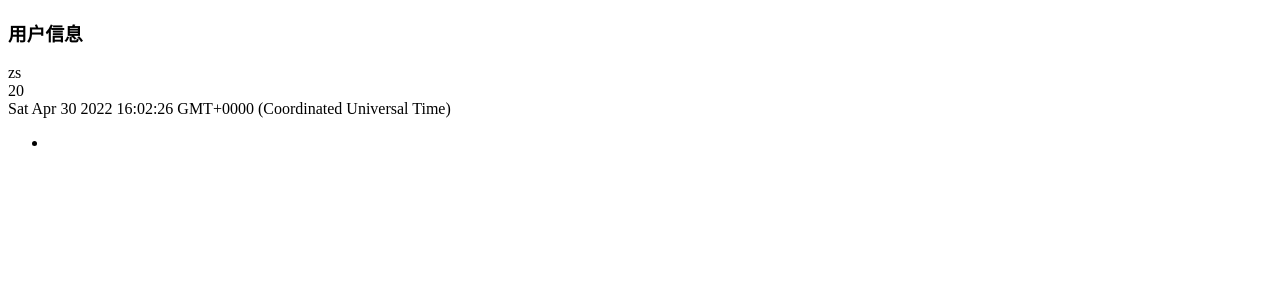
Repository: Bluesouls/eliauk.github.io
Page: Ajax学习笔记/day02/02传统方式渲染UI结构.html
An editor plug-in stored every save of this project. The page is shown before and after the next save, followed by the edit.
The browser window is 1280 px wide. The pictures show the whole page.

Above is the page before, as saved 2022-05-01 12:13:25.

After the next save:
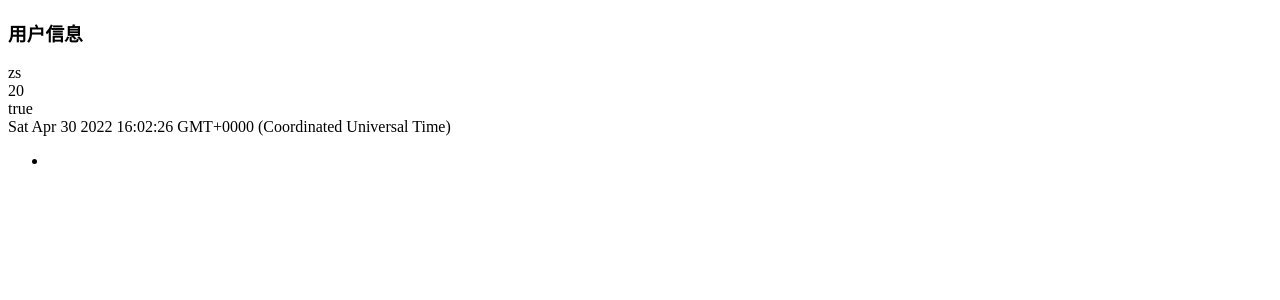
Saved 12 s later.
--- a/Ajax学习笔记/day02/02传统方式渲染UI结构.html
+++ b/Ajax学习笔记/day02/02传统方式渲染UI结构.html
@@ -30,7 +30,7 @@
     $('#title').html(data.title)
     $('#name').text(data.name)
     $('#age').text(data.age)
-    $('#isVIP').val(data.isVIP)
+    $('#isVIP').text(data.isVIP)
     $('#date').text(data.regTime)
   </script>
 </body>
